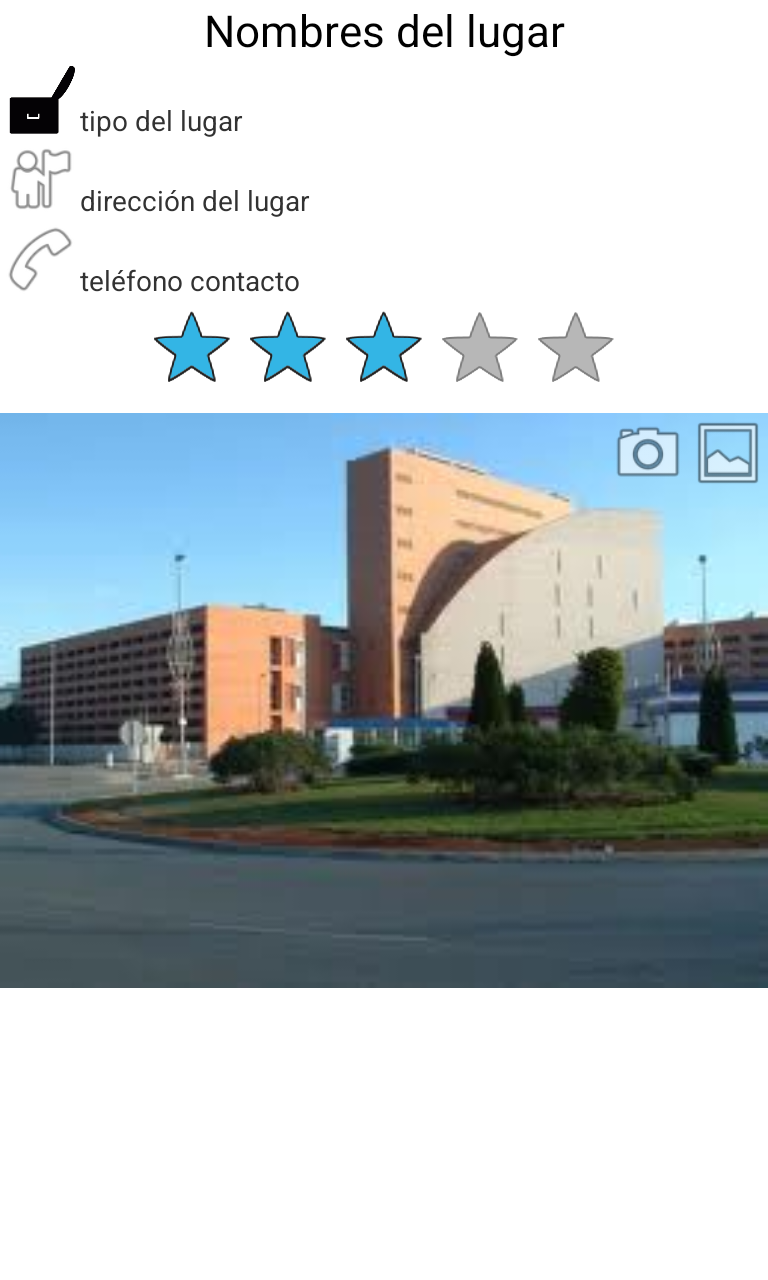
Repository: sayantjm/CursoAndroid
Layout: MisLugares/res/layout/vista_lugar.xml
The author's editor kept a copy of each file at every save. The layout is drawn from the files as they stood at one save, then again after the next save.
It is drawn on a 768 x 1280 px phone screen (xhdpi) without system bars, with theme AppTheme; the app's code is not run.

Above is the layout before, as saved 2014-03-25 20:13:13.

### MisLugares/res/layout/vista_lugar.xml
<?xml version="1.0" encoding="utf-8"?>
<ScrollView xmlns:android="http://schemas.android.com/apk/res/android"
    android:id="@+id/scrollView1"
    android:layout_width="match_parent"
    android:layout_height="wrap_content" >

    <LinearLayout
        android:layout_width="match_parent"
        android:layout_height="wrap_content"
        android:orientation="vertical" >

        <TextView
            android:id="@+id/nombre"
            android:layout_width="match_parent"
            android:layout_height="wrap_content"
            android:layout_gravity="center_vertical"
            android:gravity="center"
            android:text="Nombres del lugar"
            android:textAppearance="?android:attr/textAppearanceLarge" />

        <LinearLayout
            android:layout_width="match_parent"
            android:layout_height="wrap_content"
            android:orientation="horizontal" >

            <ImageView
                android:id="@+id/logo_tipo"
                android:layout_width="40dp"
                android:layout_height="40dp"
                android:contentDescription="logo del tipo"
                android:src="@drawable/otros" />

            <TextView
                android:id="@+id/tipo"
                android:layout_width="match_parent"
                android:layout_height="wrap_content"
                android:layout_gravity="bottom"
                android:text="tipo del lugar" />
        </LinearLayout>

        <LinearLayout
            android:layout_width="match_parent"
            android:layout_height="wrap_content"
            android:orientation="horizontal" >

            <ImageView
                android:id="@+id/logo_direccion"
                android:layout_width="40dp"
                android:layout_height="40dp"
                android:contentDescription="logo de la direccion"
                android:src="@android:drawable/ic_menu_myplaces" />

            <TextView
                android:id="@+id/direccion"
                android:layout_width="match_parent"
                android:layout_height="wrap_content"
                android:layout_gravity="bottom"
                android:text="dirección del lugar" />
        </LinearLayout>
        <LinearLayout
            android:layout_width="match_parent"
            android:layout_height="wrap_content"
            android:orientation="horizontal" >

            <ImageView
                android:id="@+id/logo_telefono"
                android:layout_width="40dp"
                android:layout_height="40dp"
                android:contentDescription="logo del telefono"
                android:src="@android:drawable/ic_menu_call" />

            <TextView
                android:id="@+id/telefono"
                android:layout_width="match_parent"
                android:layout_height="wrap_content"
                android:layout_gravity="bottom"
                android:text="teléfono contacto" />
        </LinearLayout>

        <RatingBar
            android:id="@+id/valoracion"
            android:layout_width="wrap_content"
            android:layout_height="wrap_content"
            android:layout_gravity="center_horizontal"
            android:layout_toRightOf="@+id/foto"
            android:rating="3" />

        <FrameLayout
            android:layout_width="match_parent"
            android:layout_height="wrap_content" >

            <ImageView
                android:id="@+id/foto"
                android:layout_width="match_parent"
                android:layout_height="wrap_content"
                android:adjustViewBounds="true"
                android:contentDescription="fotografía"
                android:src="@drawable/foto_epsg" />

            <LinearLayout
                android:layout_width="wrap_content"
                android:layout_height="wrap_content"
                android:layout_gravity="right" >

                <ImageView
                    android:layout_width="40dp"
                    android:layout_height="40dp"
                    android:contentDescription="logo camara"
                    android:src="@android:drawable/ic_menu_camera" />

                <ImageView
                    android:layout_width="40dp"
                    android:layout_height="40dp"
                    android:contentDescription="logo galeria"
                    android:src="@android:drawable/ic_menu_gallery" />
            </LinearLayout>
        </FrameLayout>
    </LinearLayout>

</ScrollView>

Loaded but not shown: MisLugares/res/values/styles.xml (common file); MisLugares/res/values-v11/styles.xml (common file); MisLugares/res/values-v14/styles.xml (common file)

After the next save:
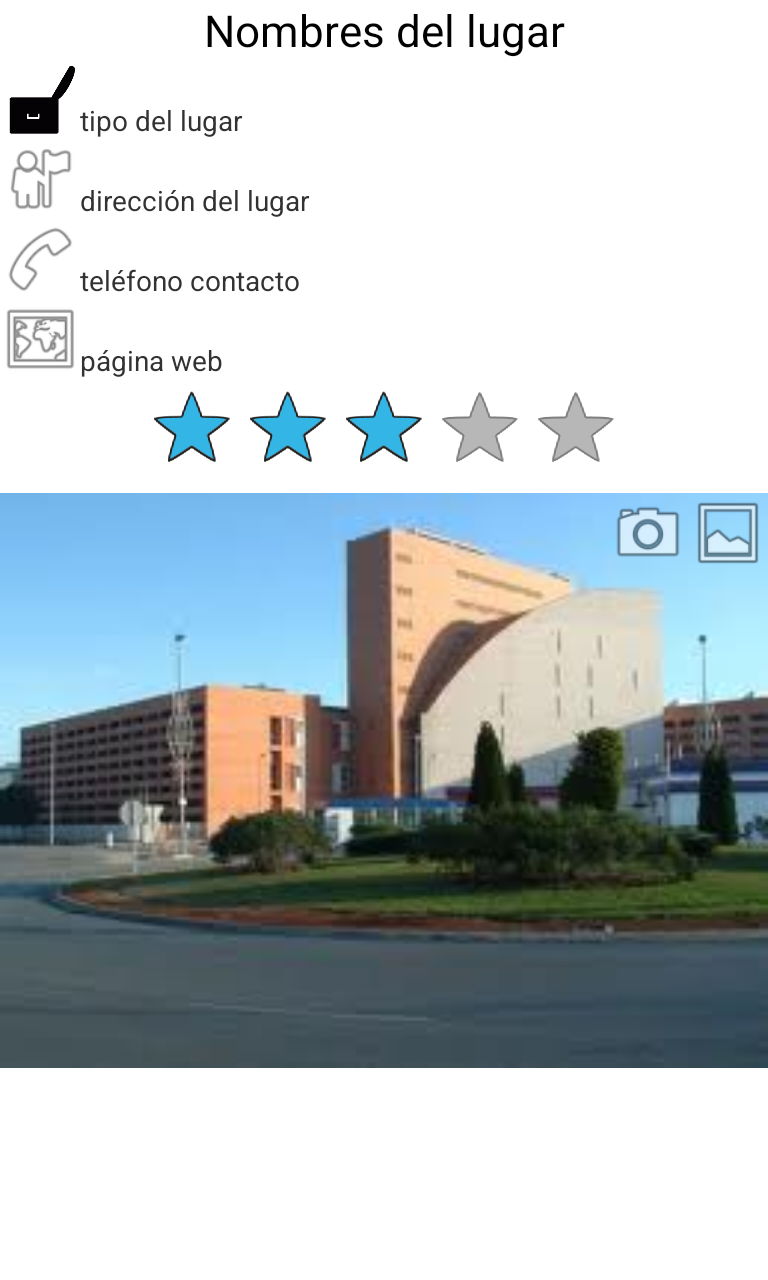
Saved 2 min 19 s later.
--- a/MisLugares/res/layout/vista_lugar.xml
+++ b/MisLugares/res/layout/vista_lugar.xml
@@ -57,6 +57,7 @@
                 android:layout_gravity="bottom"
                 android:text="dirección del lugar" />
         </LinearLayout>
+
         <LinearLayout
             android:layout_width="match_parent"
             android:layout_height="wrap_content"
@@ -75,6 +76,26 @@
                 android:layout_height="wrap_content"
                 android:layout_gravity="bottom"
                 android:text="teléfono contacto" />
+        </LinearLayout>
+
+        <LinearLayout
+            android:layout_width="match_parent"
+            android:layout_height="wrap_content"
+            android:orientation="horizontal" >
+
+            <ImageView
+                android:id="@+id/logo_url"
+                android:layout_width="40dp"
+                android:layout_height="40dp"
+                android:contentDescription="logo de la web"
+                android:src="@android:drawable/ic_menu_mapmode" />
+
+            <TextView
+                android:id="@+id/url"
+                android:layout_width="match_parent"
+                android:layout_height="wrap_content"
+                android:layout_gravity="bottom"
+                android:text="página web" />
         </LinearLayout>
 
         <RatingBar
